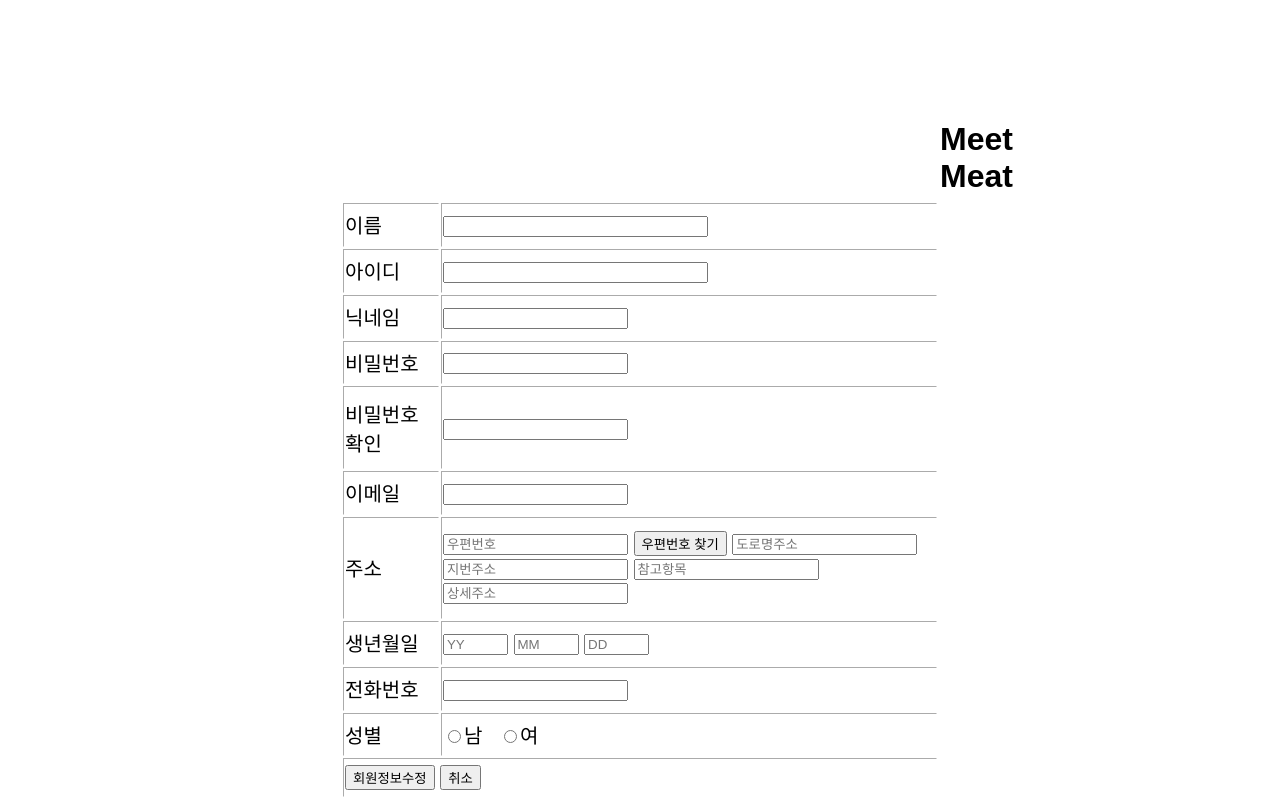
Repository: KOOBONMOO/koo
Page: http://localhost/portfolio/Member/memberModify.jsp
These files come from the project's save history. The page is drawn as it stood at one moment and after the next save; the edit follows.
The browser window is 1280 px wide. The pictures show the whole page.
Some web fonts or font styles are not loaded; a fallback is used. The page is served by Tomcat 9.

Above is the page before, as saved 2020-11-17 05:55:16.

After the next save:
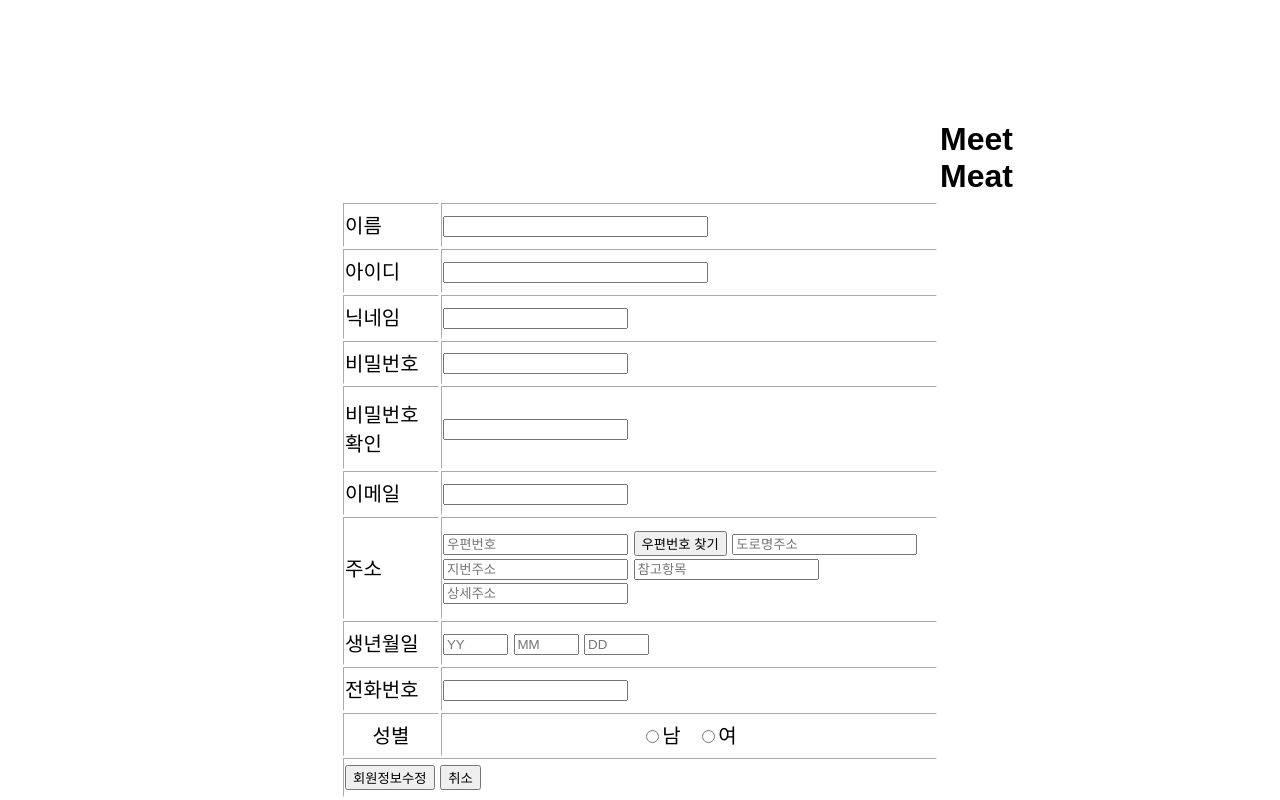
Saved 34 s later.
--- a/portfolio/WebContent/Member/memberModify.jsp
+++ b/portfolio/WebContent/Member/memberModify.jsp
@@ -72,7 +72,7 @@
 				<input type="text" name="cellphone" value="${userInfo.cellphone }">
 			</td>
 		</tr>
-		<tr>
+		<tr align="center">
 			<td>성별</td>
 			<td>
 				<input type="radio" name="gender" value="male" ${userInfo.gender eq 'male' ? 'checked':''}>남 &nbsp;
